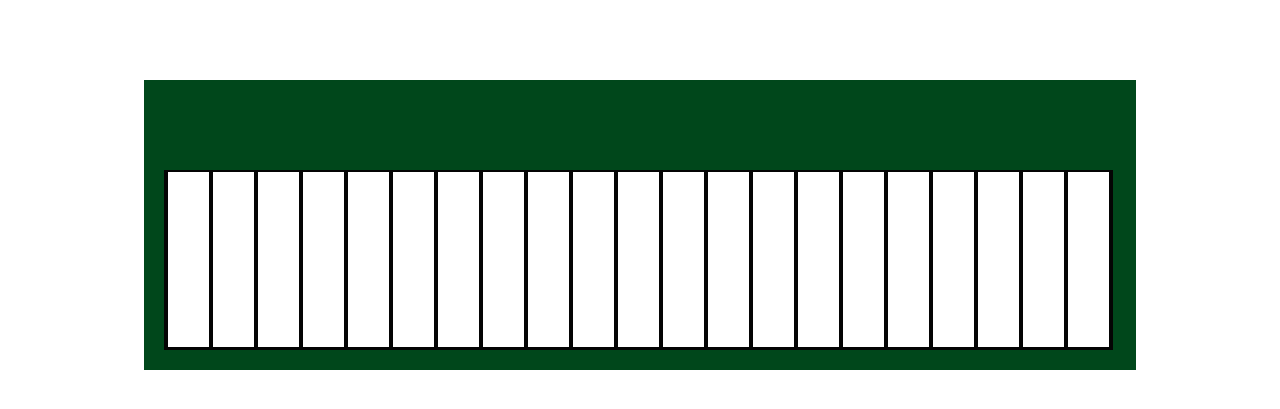
Repository: cipdanila/freeCodeCamp
Page: BuildingAPiano/index.html
An editor plug-in stored every save of this project. The page is shown before and after the next save, followed by the edit.
The browser window is 1280 px wide. The pictures show the whole page.

Above is the page before, as saved 2023-10-23 14:09:49.

### BuildingAPiano/index.html
<!DOCTYPE html>
<html lang="en">
<head>
    <meta charset="UTF-8">
    <meta name="viewport" content="width=device-width, initial-scale=1.0">
    <title>Piano</title>
    <link rel="stylesheet" href="./styles.css">
</head>
<body>
    <div id="piano">
        <div class="keys">
            <div class="key"></div>
            <div class="key black--key"></div>
            <div class="key black--key"></div>
            <div class="key"></div>
            <div class="key black--key"></div>
            <div class="key black--key"></div>
            <div class="key black--key"></div>
            <div class="key"></div>
            <div class="key black--key"></div>
            <div class="key black--key"></div>
            <div class="key"></div>
            <div class="key black--key"></div>
            <div class="key black--key"></div>
            <div class="key black--key"></div>
            <div class="key"></div>
            <div class="key black--key"></div>
            <div class="key black--key"></div>
            <div class="key"></div>
            <div class="key black--key"></div>
            <div class="key black--key"></div>
            <div class="key black--key"></div>
        </div>
    </div>
</body>
</html>

### BuildingAPiano/styles.css
    /* targeted elements use the same value as the parent element */
*, ::before, ::after {
    box-sizing: inherit;
}
    /* reset the box model to not apply default values to margin and padding */
html {
    box-sizing: border-box;
}

#piano {
    background-color: #00471b;
    width: 992px;
    height: 290px;
    margin: 80px auto;
    padding: 90px 20px 0 20px;
}

.keys {
    background-color: #040404;
    width: 949px;
    height: 180px;
    padding-left: 2px;
}

.key {
    background-color: #ffffff;
    position: relative;
    width: 41px;
    height: 175px;
    margin: 2px;
    float: left;
}
    /* create black keys */
.key.black--key::after {
    background-color: #1d1e22;
    content: "";                    /* make the pseudo-elements empty */
    position: absolute;
    left: -18px;
}

After the next save:
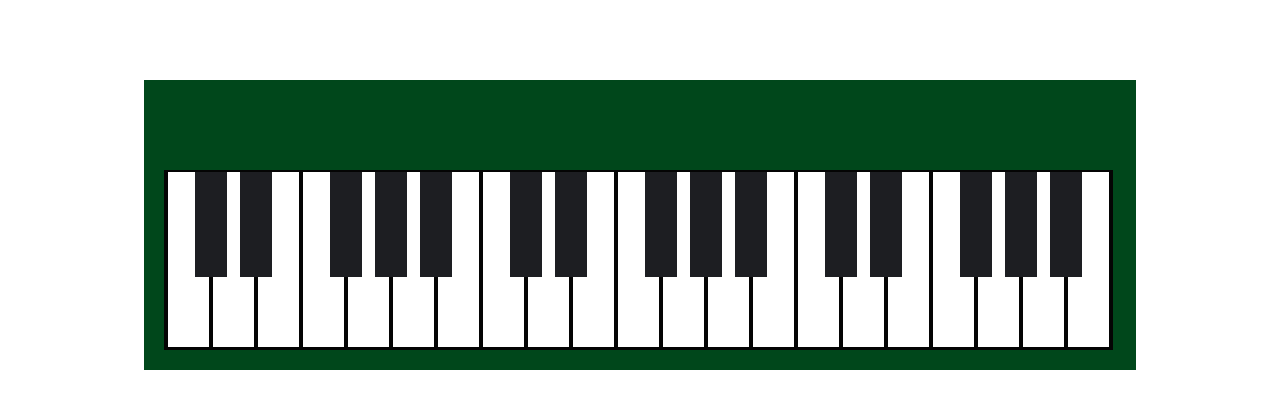
Saved 35 s later.
--- a/BuildingAPiano/styles.css
+++ b/BuildingAPiano/styles.css
@@ -36,4 +36,6 @@
     content: "";                    /* make the pseudo-elements empty */
     position: absolute;
     left: -18px;
+    width: 32px;
+    height: 60%;
 }
